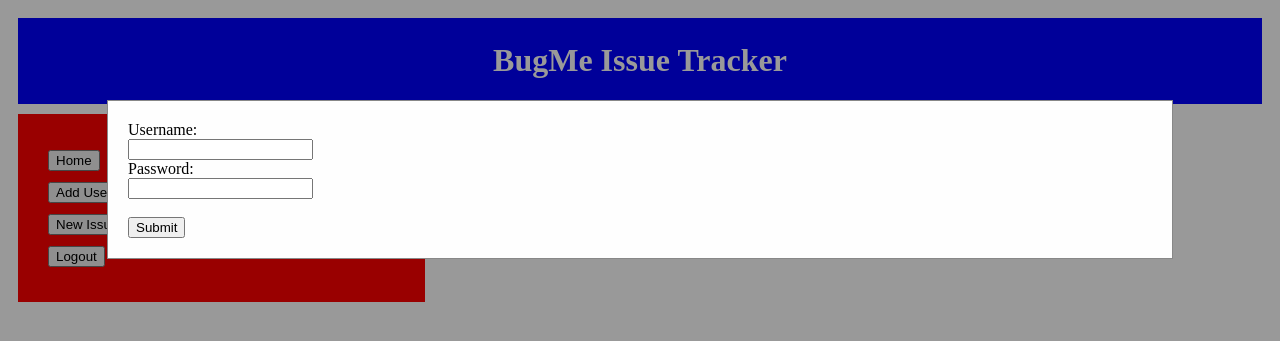
Repository: ranaldo89/info-2180-final-project
Page: index.html
The author's editor kept a record of every edit. The page is drawn from the files as they stood at one moment, then again after the next edit.
The browser window is 1280 px wide. The pictures show the whole page.

Above is the page before.
Console error: TypeError: Cannot read properties of null (reading 'addEventListener')

After the next edit:
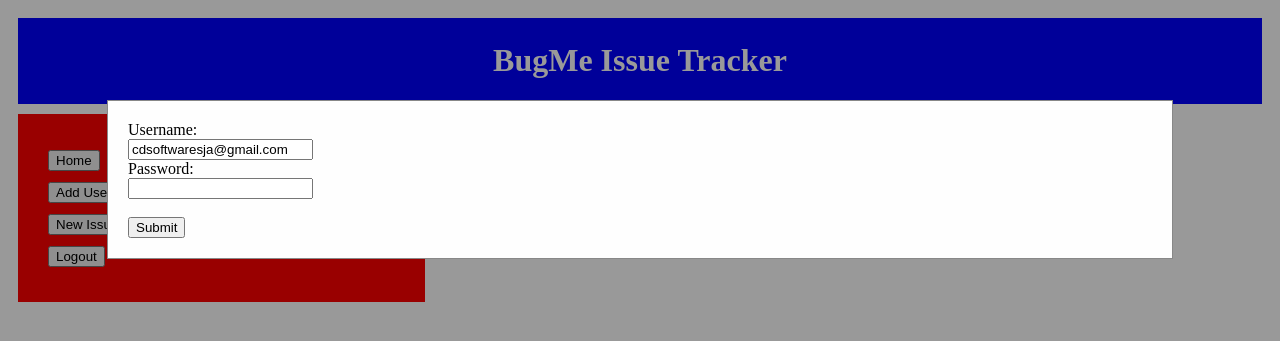
The edit:
--- a/index.html
+++ b/index.html
@@ -10,7 +10,7 @@
   <!-- Modal content -->
   <div class="modal-content">
   Username:<br>
-  <input type="text" name="username" value="">
+  <input id="usernameField" type="text" name="username" value="cdsoftwaresja@gmail.com">
   <br>
   Password:<br>
   <input id= "passwordField" type="text" name="password" value="">

After the 2 edits that followed:
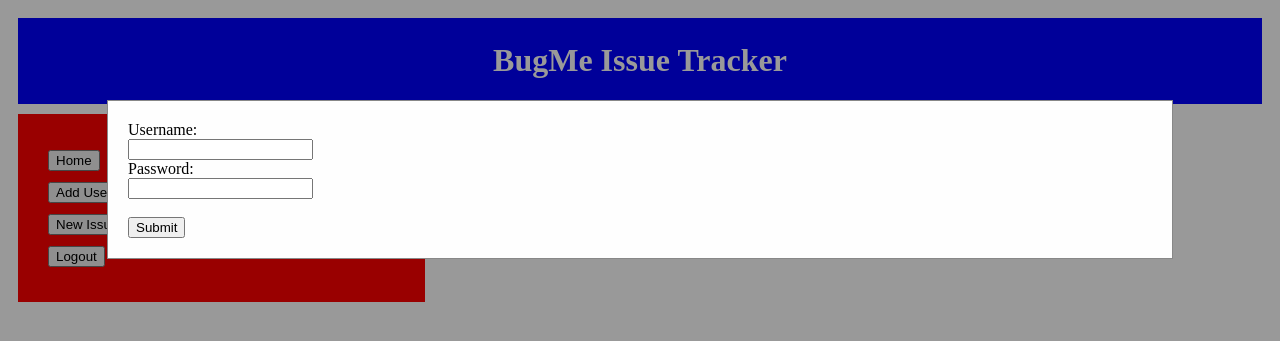
The 2 edits are shown as one change because 1 left the picture as it was.
The edit:
--- a/index.html
+++ b/index.html
@@ -10,10 +10,10 @@
   <!-- Modal content -->
   <div class="modal-content">
   Username:<br>
-  <input id="usernameField" type="text" name="username" value="cdsoftwaresja@gmail.com">
+  <input id="usernameField" type="text" name="username" >
   <br>
   Password:<br>
-  <input id= "passwordField" type="text" name="password" value="">
+  <input id= "passwordField" type="text" name="password" >
   <br><br>
   <input id="loginButton" type="submit" value="Submit">
   </div>
